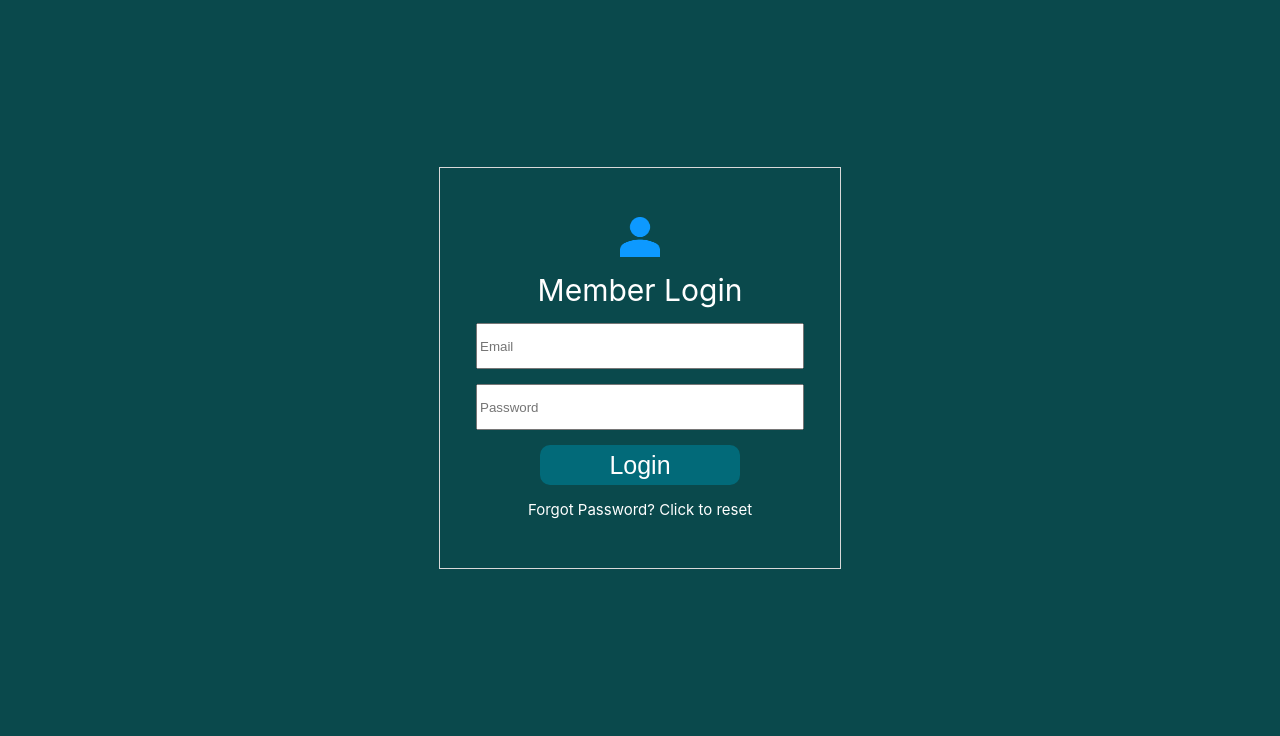
Repository: sheddy1/peter1
Page: work2.html
These files come from the project's save history. The page is drawn as it stood at one moment and after the next save; the edit follows.
The browser window is 1280 px wide. The pictures show the whole page.

Above is the page before, as saved 2025-11-08 15:57:54.

After the next save:
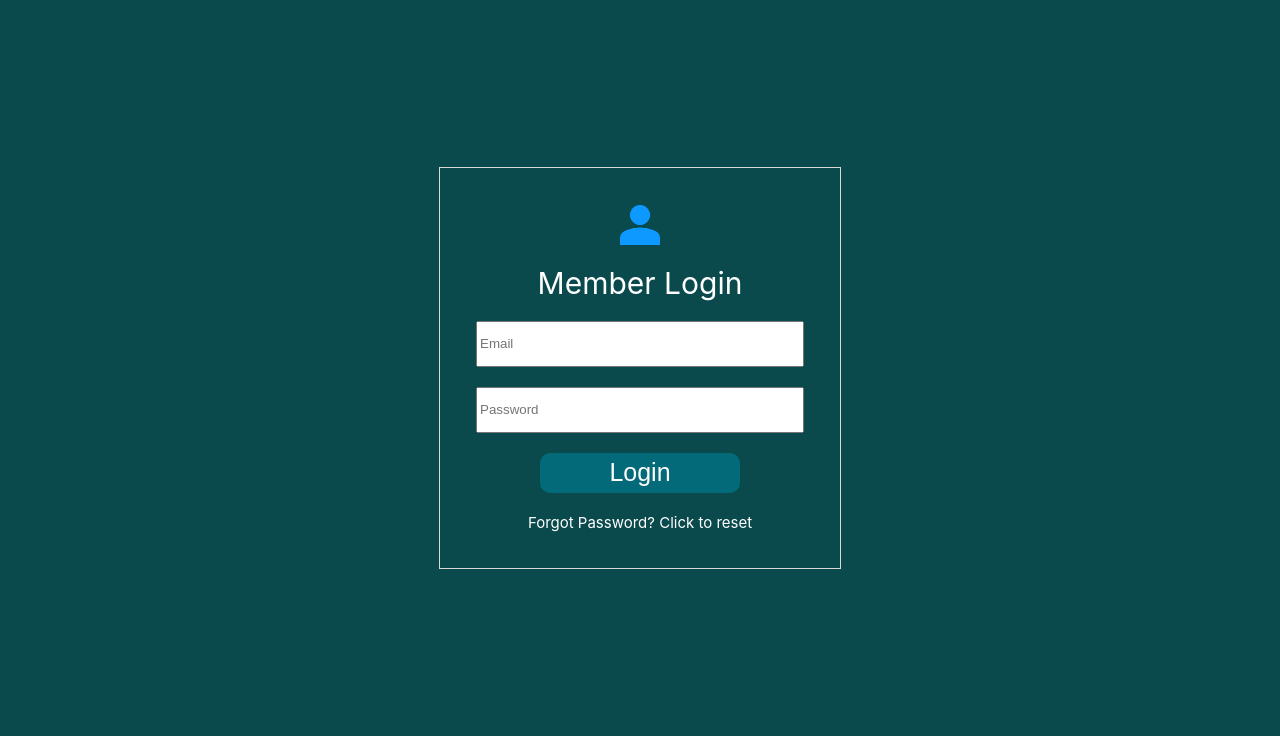
Saved 4 s later.
--- a/work2.css
+++ b/work2.css
@@ -15,7 +15,7 @@ body {
     justify-content: center;
     align-items: center;
     flex-direction: column;
-    gap: 15px;
+    gap: 20px;
 }
 
 .vector{
